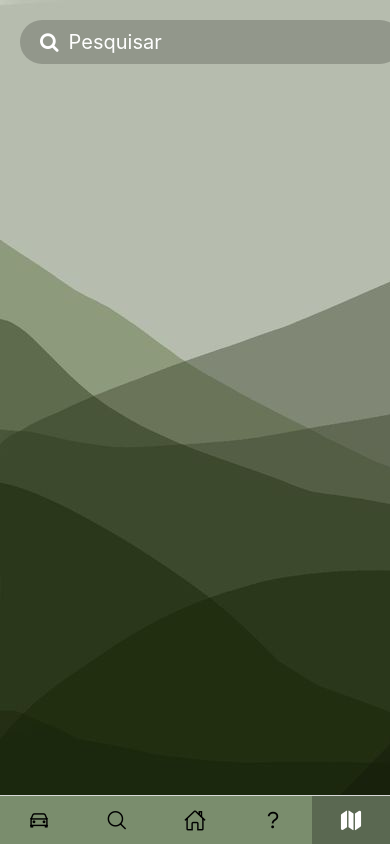
Repository: GabrielAron/EcoWheels
Screen: /Recarga
These files come from the project's save history. The screen is drawn as it stood at one moment and after a run of saves; the edit follows.
The app was drawn by React Native's web renderer in a window 390 px wide. The project was rebuilt for these pictures with package versions that can differ from the ones it lists, and the page was loaded fresh each time. Also part of the build but not shown: src/Paginas/Home/index.js, src/Paginas/Carros/index.js, src/Paginas/Ajuda/index.js.

Above is the screen before, as saved 2023-11-07 13:17:50.

After the next 2 saves:
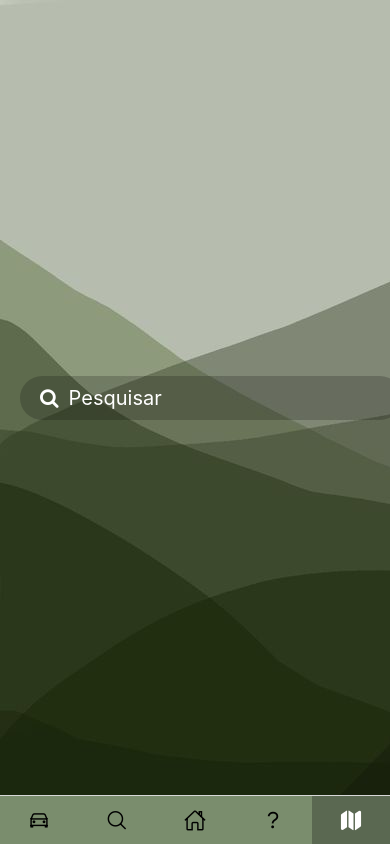
The 2 saves are shown as one change because they came seconds apart.
The last was saved 8 s later.
--- a/src/Paginas/Mapa/index.js
+++ b/src/Paginas/Mapa/index.js
@@ -59,8 +59,8 @@ const styles = StyleSheet.create({
     paddingHorizontal: 20,
     paddingVertical: 10,
     position: 'absolute', // Adicionado para posicionar no topo
-    top: 0, // Adicionado para posicionar no topo
-    left: 0, // Adicionado para posicionar no topo
+
+
 
   },
   icon: {
